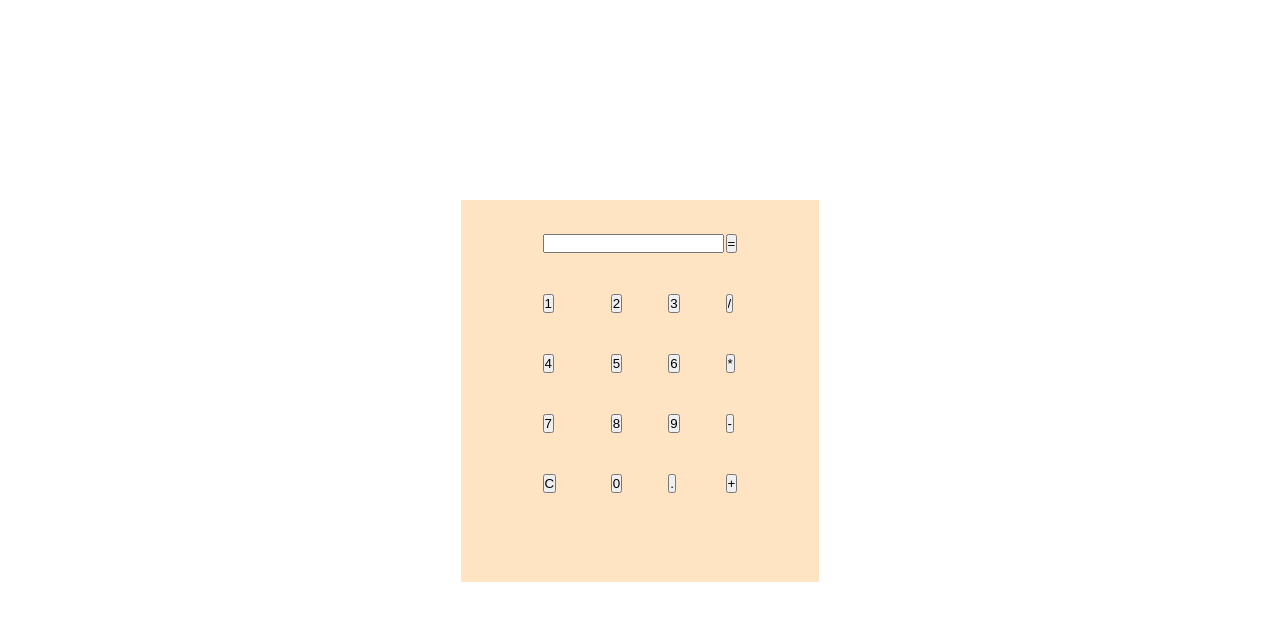
Repository: Seryozha02/CalculatorAndStopwatch
Page: calculator.html
The author's editor kept a copy of each file at every save. The page is drawn from the files as they stood at one save, then again after the next save.
The browser window is 1280 px wide. The pictures show the whole page.

Above is the page before, as saved 2022-10-03 00:23:49.

After the next save:
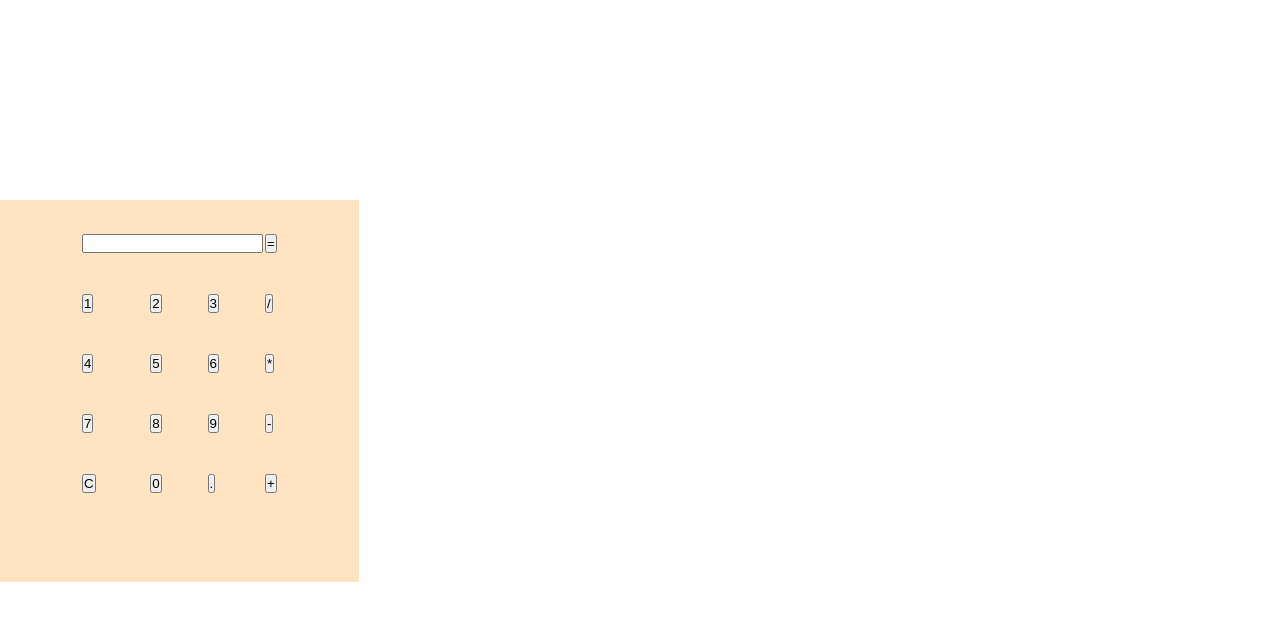
Saved 10 s later.
--- a/calculator.css
+++ b/calculator.css
@@ -7,6 +7,7 @@
 
 #calculator {
     background-color: bisque;
+    bor
     margin: 0 auto;
     margin-top: 200px;
     padding: 0 80px 80px;

After the 3 saves that followed:
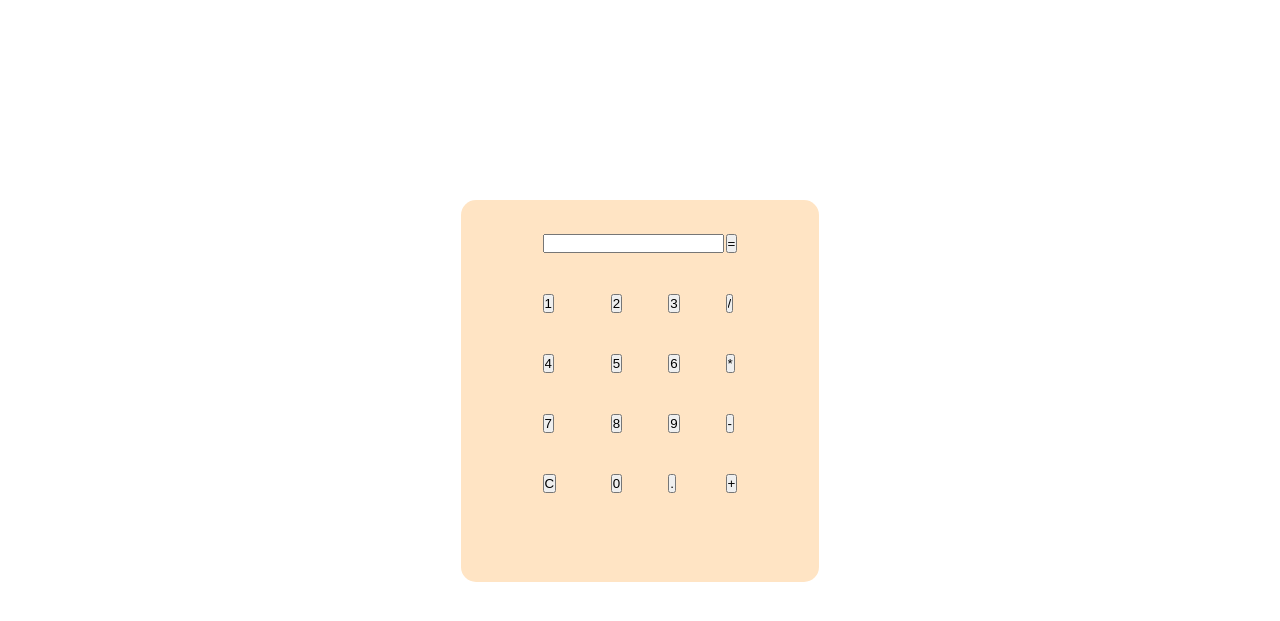
The 3 saves are shown as one change because they came seconds apart.
The last was saved 8 s later.
--- a/calculator.css
+++ b/calculator.css
@@ -7,7 +7,7 @@
 
 #calculator {
     background-color: bisque;
-    bor
+    border-radius: 15px;
     margin: 0 auto;
     margin-top: 200px;
     padding: 0 80px 80px;
